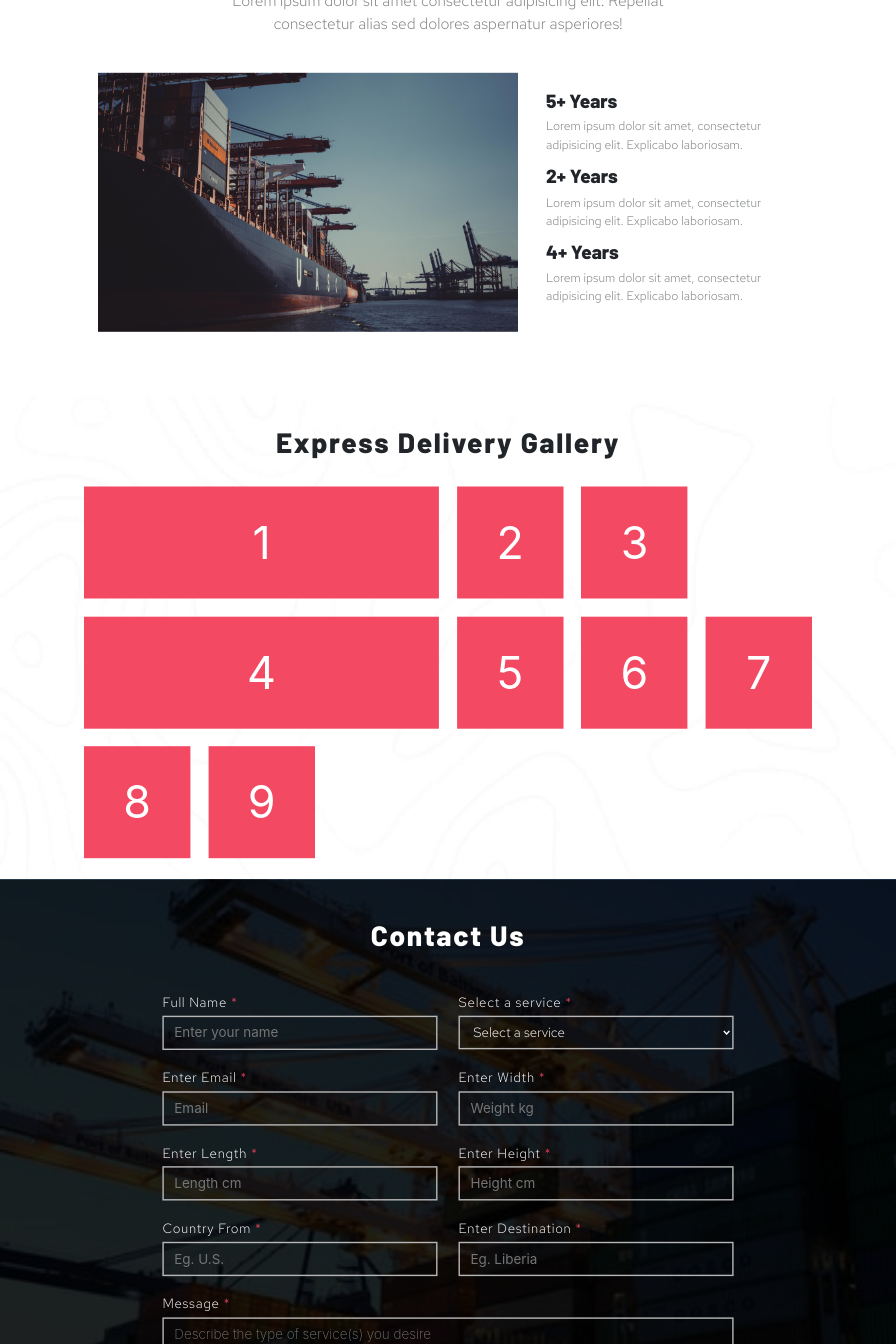
Repository: just-mann/express-delivery
Page: index.html
The author's editor kept a copy of each file at every save. The page is drawn from the files as they stood at one save, then again after the next save.
The browser window is 1280 px wide. The pictures show the part of the page from y = 2210 to 4130 px (the page is 5373 px tall), at 70% of full size.
Some web libraries are served in a nearby version. The style sheet was rebuilt from its Sass, Less or Tailwind sources for each picture, by a compiler version that may differ from the author's.

Above is the page before, as saved 2021-07-08 01:43:59.

After the next save:
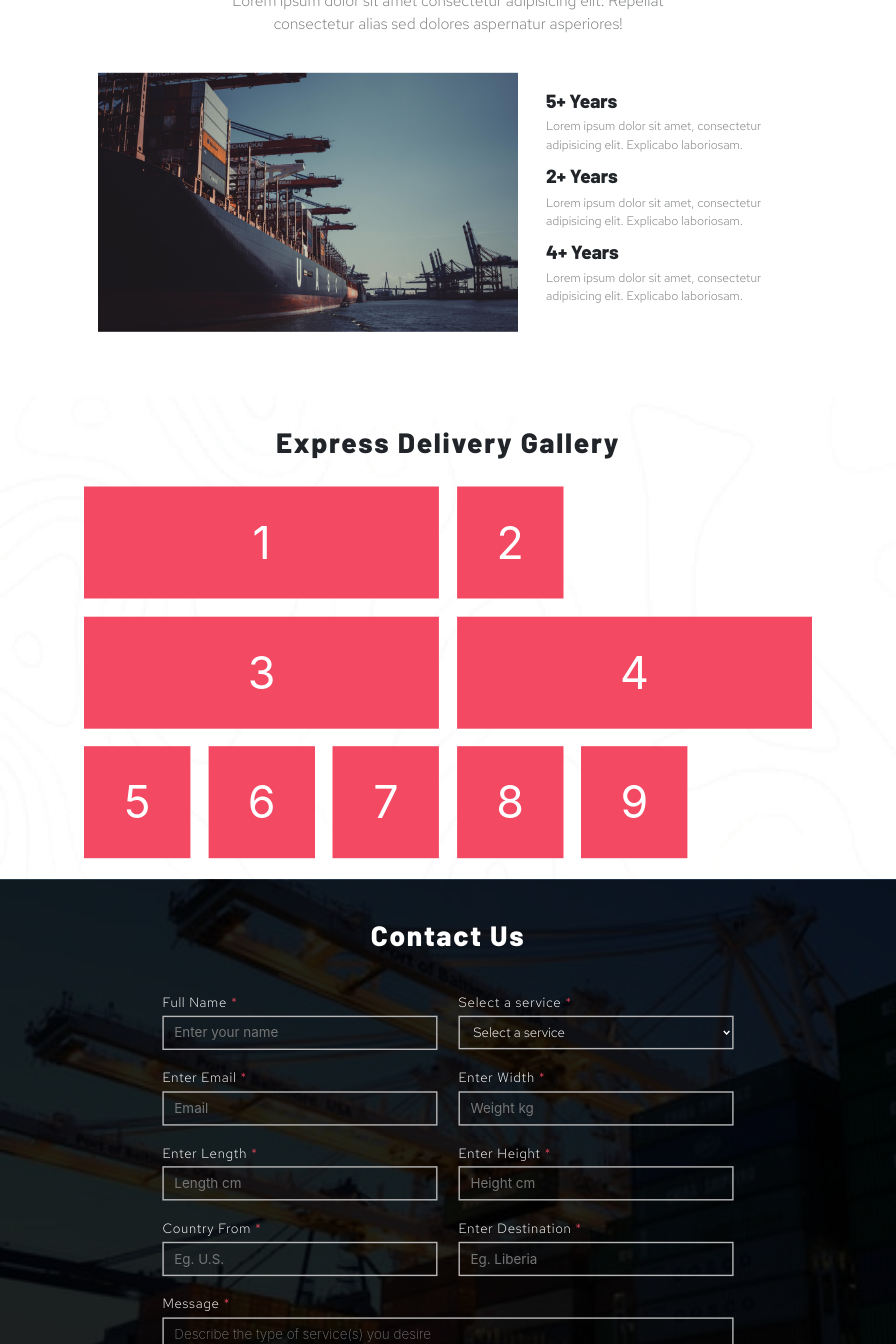
Saved 24 s later.
--- a/Sass/style.scss
+++ b/Sass/style.scss
@@ -498,6 +498,10 @@ header {
                 // grid-row: span 2;
             }
 
+            &:nth-child(3) {
+                grid-column: span 3;
+            }
+
             &:nth-child(4) {
                 grid-column: span 3;
             }
